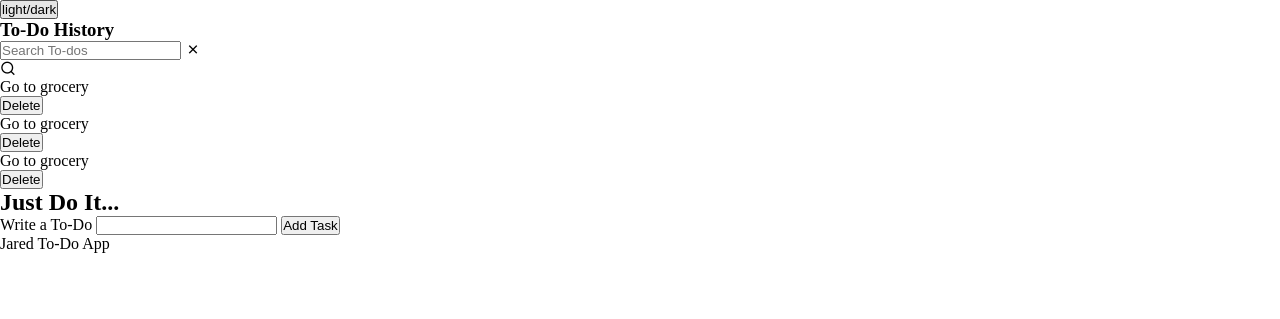
Repository: EguJaredoBoyd/Jared-ToDo-App
Page: main.html
These files come from the project's save history. The page is drawn as it stood at one moment and after the next save; the edit follows.
The browser window is 1280 px wide. The pictures show the whole page.
Some web libraries are served in a nearby version.

Above is the page before, as saved 2025-12-22 00:45:01.

After the next save:
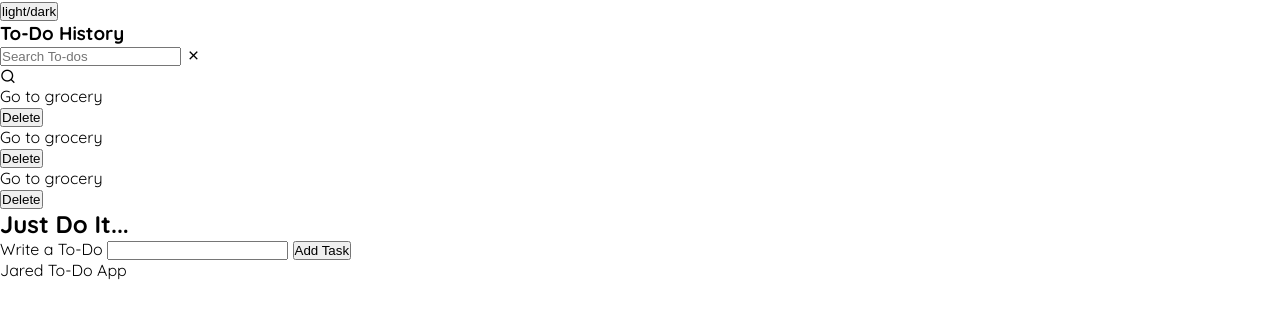
Saved 2 min 14 s later.
--- a/css/main.css
+++ b/css/main.css
@@ -20,3 +20,7 @@
 html {
   font-size: var(--font-base);
 }
+
+body {
+  font-family: "Quicksand", sans-serif;
+}
